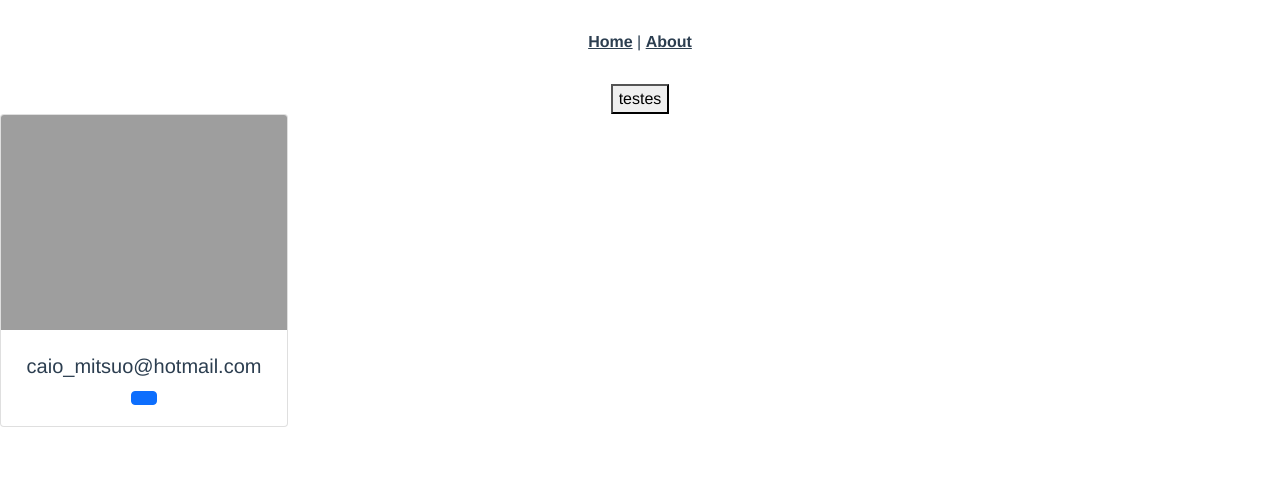
Repository: caiomitsuo/ContactsVueJs
Page: /lista
These files come from the project's save history. The page is drawn as it stood at one moment and after the next save; the edit follows.
The browser window is 1280 px wide. The pictures show the whole page.
Pictures or frames that could not be fetched are drawn as grey boxes. The page's requests for data from a server got no answer. The project was rebuilt for these pictures with package versions that can differ from the ones it lists, and the page was loaded fresh each time. No one was signed in, and anything a server would have sent is missing. Also part of the build but not shown: vue.config.js, src/components/HelloWorld.vue, src/views/HomeView.vue.

Above is the page before, as saved 2022-04-30 12:31:47.

### src/main.js
import Vue from 'vue'
import App from './App.vue'
import router from './router'
import store from './store'
import { BootstrapVue, IconsPlugin } from 'bootstrap-vue'
import './plugins/axios'

// Import Bootstrap and BootstrapVue CSS files (order is important)
import 'bootstrap/dist/css/bootstrap.css'
import 'bootstrap-vue/dist/bootstrap-vue.css'

// Make BootstrapVue available throughout your project
Vue.use(BootstrapVue)
// Optionally install the BootstrapVue icon components plugin
Vue.use(IconsPlugin)

Vue.config.productionTip = false

new Vue({
  router,
  store,
  render: h => h(App)
}).$mount('#app')

### src/App.vue
<template>
  <div id="app">
    <nav>
      <router-link to="/">Home</router-link> |
      <router-link to="/about">About</router-link>
    </nav>
    <router-view/>
  </div>
</template>
<script>
export default ({
  created() {
    this.$http.get('/ping').then((response) => {
      console.log(response)
    })
  },
})
</script>
<style>
#app {
  font-family: Avenir, Helvetica, Arial, sans-serif;
  -webkit-font-smoothing: antialiased;
  -moz-osx-font-smoothing: grayscale;
  text-align: center;
  color: #2c3e50;
}

nav {
  padding: 30px;
}

nav a {
  font-weight: bold;
  color: #2c3e50;
}

nav a.router-link-exact-active {
  color: #42b983;
}
</style>

### src/router/index.js
import Vue from 'vue'
import VueRouter from 'vue-router'
import HomeView from '../views/HomeView.vue'
import ListView from '../views/ListView.vue'
Vue.use(VueRouter)

const routes = [
  {
    path: '/',
    name: 'home',
    component: HomeView
  },
  {
    path: '/about',
    name: 'about',
    // route level code-splitting
    // this generates a separate chunk (about.[hash].js) for this route
    // which is lazy-loaded when the route is visited.
    component: () => import(/* webpackChunkName: "about" */ '../views/AboutView.vue')
  },
  {
    path: '/lista',
    name: 'lista',
    component:ListView
  }
]

const router = new VueRouter({
  mode: 'history',
  base: process.env.BASE_URL,
  routes
})

export default router

### src/plugins/axios.js
import Vue from 'vue'
import axios from 'axios'

axios.defaults.baseURL = 'http://127.0.0.1:8000/api/'

Vue.use({
    install(Vue){
        Vue.prototype.$http = axios
    }
})

### src/views/ListView.vue
<template>
  <div>
    <button>testes</button>
    <div class="card" style="width: 18rem;" v-for="user in listagem" :key="user.id">
         <img class="card-img-top" src="https://www.psicologo.com.br/wp-content/uploads/sou-uma-pessoa-boa-ou-nao.jpg">
        <div class="card-body">
    <h5 class="card-title">{{user.name}}</h5>
    <h5 class="card-title">{{user.email}}</h5>
    <h5 class="card-title">{{user.telefone}}</h5>

    <a href="#" class="btn btn-primary"></a>
  </div>
    </div>
  </div>
</template>

<script>
export default {
    data() {
        return {
            listagem: []
        }
    },
    methods: {
        adicionarListagem() {

        },
    },
    created(){
        var list = [
            {nome: 'Caio Mitsuo', email:'caio_mitsuo@hotmail.com', telefone:''}
        ]
        this.listagem = list
    }
};
</script>

<style lang="scss" scoped>
</style>

Loaded but not shown: public/index.html (common file); src/store/index.js (common file)

After the next save:
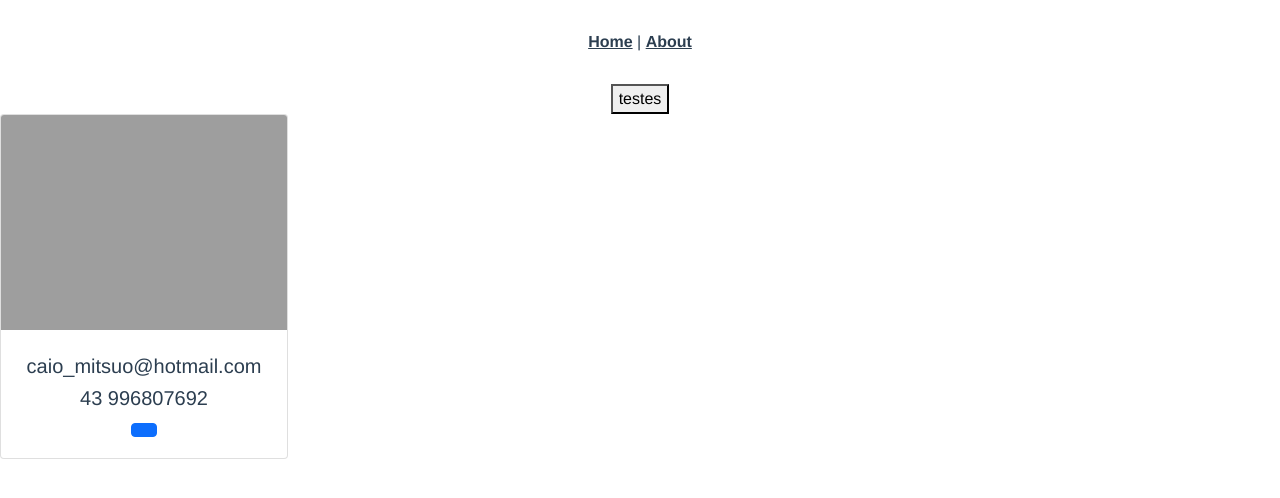
Saved 6 s later.
--- a/src/views/ListView.vue
+++ b/src/views/ListView.vue
@@ -28,7 +28,7 @@ export default {
     },
     created(){
         var list = [
-            {nome: 'Caio Mitsuo', email:'caio_mitsuo@hotmail.com', telefone:''}
+            {nome: 'Caio Mitsuo', email:'caio_mitsuo@hotmail.com', telefone:'43 996807692'}
         ]
         this.listagem = list
     }
